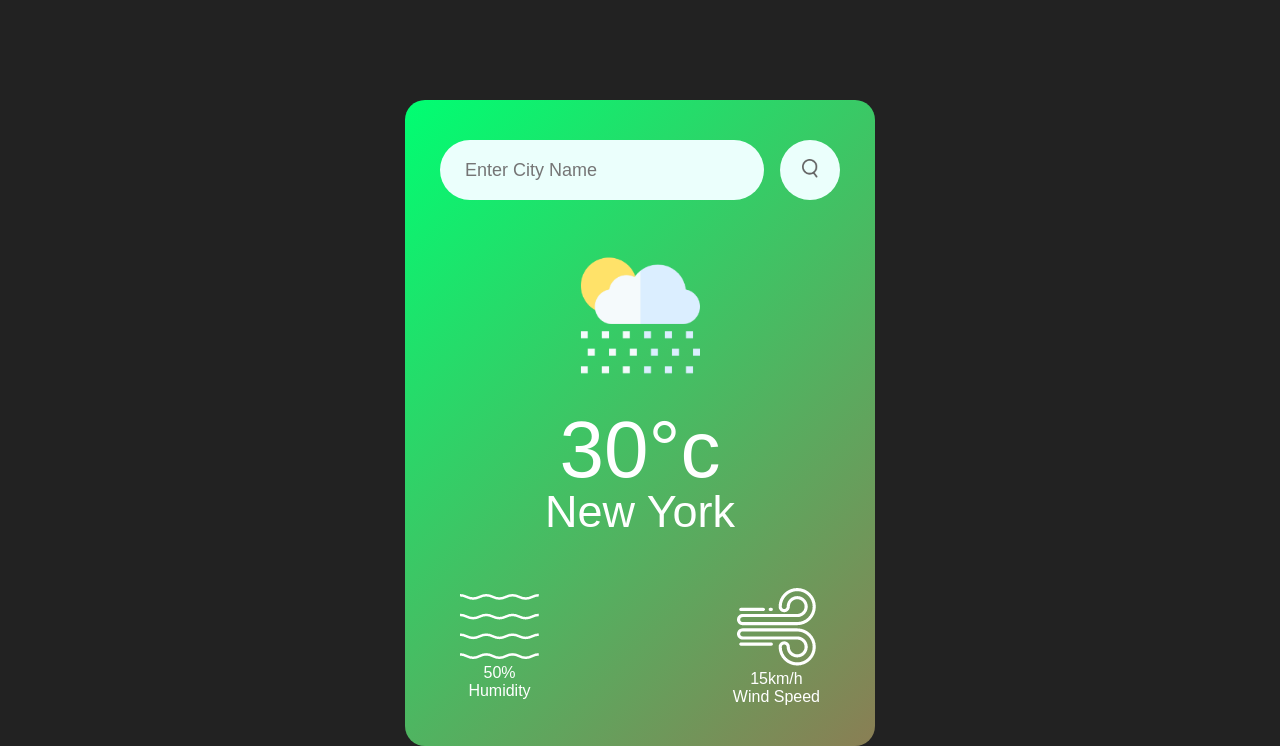
Repository: dubeprince/WeatherApp-Project
Page: WeatherApp/index.html
An editor plug-in stored every save of this project. The page is shown before and after the next save, followed by the edit.
The browser window is 1280 px wide. The pictures show the whole page.

Above is the page before, as saved 2023-05-26 11:23:31.

After the next save:
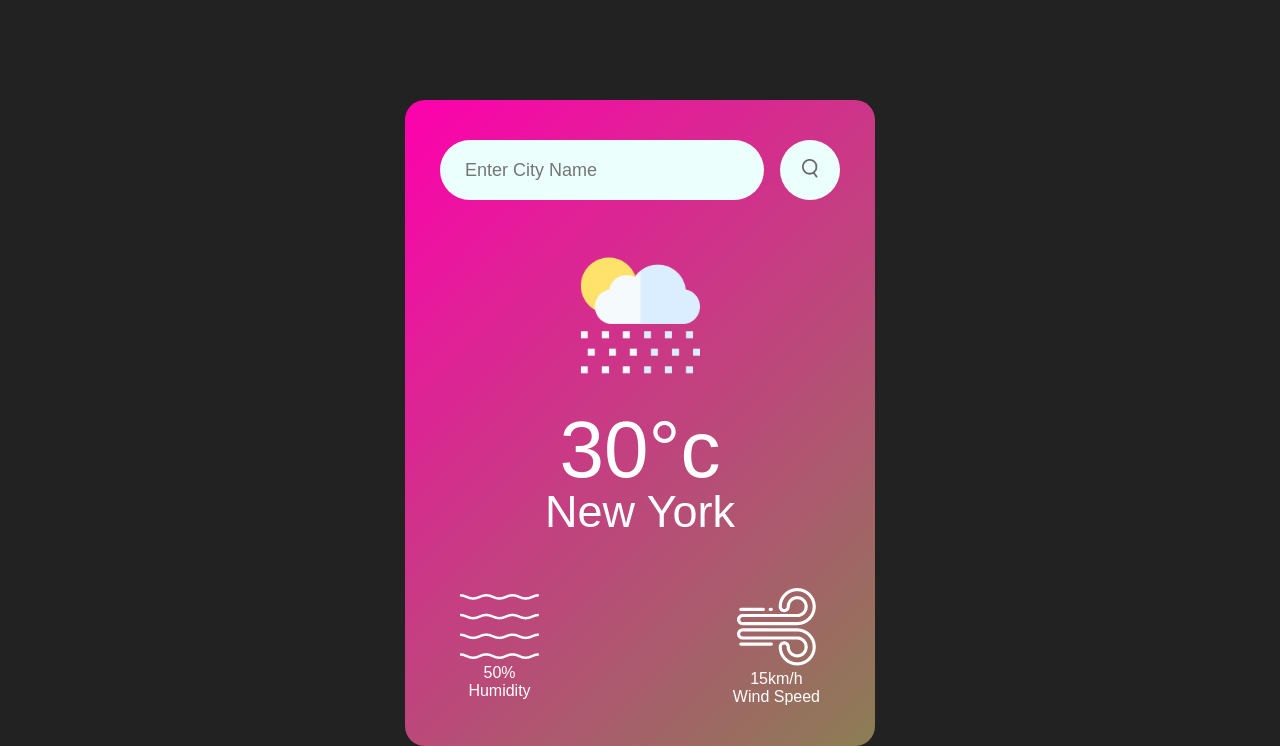
Saved 22 s later.
--- a/WeatherApp/style.css
+++ b/WeatherApp/style.css
@@ -11,7 +11,7 @@ body{
 .card{
     width: 90%;
     max-width: 470px;
-    background: linear-gradient(135deg, #00fe72, #8a7e54);
+    background: linear-gradient(135deg, #fe00ae, #8a7e54);
     color: #fff; /* white */
     margin: 100px auto 0;
     border-radius: 20px;
